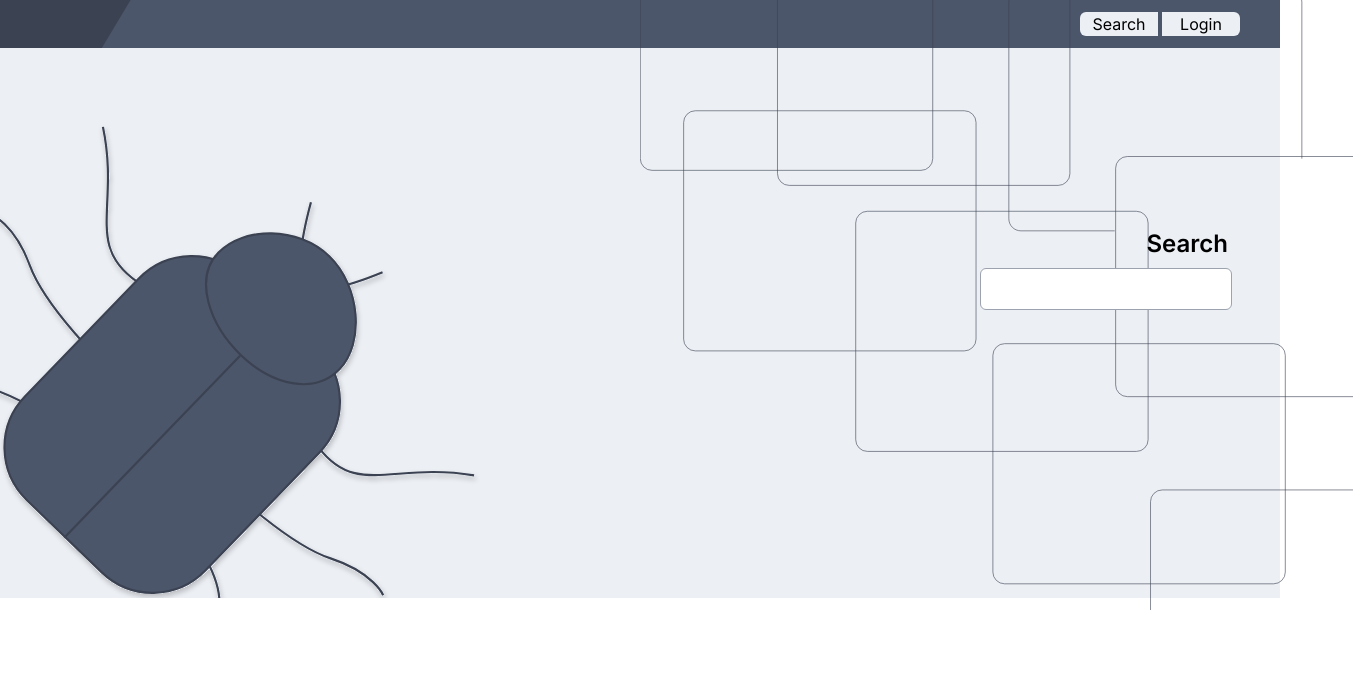
Repository: Qu4ntumGuy/project-bug
Page: /
These files come from the project's save history. The page is drawn as it stood at one moment and after the next save; the edit follows.
The browser window is 1280 px wide. The page is 1353 px wide, so the pictures cover 1353 px, including what lies to the right of the window. The pictures show the whole page.
The project was rebuilt for these pictures with package versions that can differ from the ones it lists, and the page was loaded fresh each time. The framework's server and built-in components were replaced by stand-ins that run in the browser. Also part of the build but not shown: next.config.mjs.

Above is the page before, as saved 2024-02-12 00:06:40.

### src/app/layout.js
import { Inter } from "next/font/google";
import "./globals.css";

const inter = Inter({ subsets: ["latin"] });

export default function RootLayout({ children }) {
  return (
    <html lang="en">
      <head>
        <title>Project-bug</title>
        <meta name="description" content="Description goes here." />
        <link rel="preconnect" href="https://fonts.googleapis.com" />
        <link rel="preconnect" href="https://fonts.gstatic.com" crossorigin />
        <link
          href="https://fonts.googleapis.com/css2?family=Fira+Code:wght@300;400;500;600&display=swap"
          rel="stylesheet"
        />
      </head>
      <body className={inter.className}>{children}</body>
    </html>
  );
}

### src/app/page.js
import Navbar from "@/components/Navbar";
import Image from "next/image";
import bug from "../../public/Bug.svg";
import bgdesign from "../../public/bgDesign.svg";
import bgmain from "../../public/bg-main.svg";

export default function Home() {
  const bgimg = "/Bug.svg";
  return (
    <div className="bg-[#ECEFF4] overflow-hidden ">
      <Navbar />
      <div className="flex justify-between">
        {/* <Image className="" src={bug} alt="bug" />
        <Image className=" top-1 w-[100%]" src={bgdesign} alt="bgdesign" /> */}
        <div className="w-full">
          <Image className="" height={550} src={bug} alt="bug" />
        </div>
        <div className="w-full">
          <Image
            className="absolute -top-10"
            height={650}
            src={bgdesign}
            alt="bgdesign"
          />
        </div>
        <div className="absolute right-0 top-[30%]">
          <form className="flex flex-col justify-end items-end m-3 mr-10">
            <label className="mr-3 text-2xl font-semibold " htmlFor="search">
              Search
            </label>
            <input
              className="p-2 m-2 border border-gray-400 rounded-md"
              type="text"
            />
          </form>
        </div>
      </div>
    </div>
  );
}

### src/app/globals.css
@tailwind base;
@tailwind components;
@tailwind utilities;

/* :root {
  --foreground-rgb: 0, 0, 0;
  --background-start-rgb: 214, 219, 220;
  --background-end-rgb: 255, 255, 255;
} */

/* @media (prefers-color-scheme: dark) {
  :root {
    --foreground-rgb: 255, 255, 255;
    --background-start-rgb: 0, 0, 0;
    --background-end-rgb: 0, 0, 0;
  }
} */

body {
  color: rgb(var(--foreground-rgb));
  background: rgba(255, 255, 255, 1);
  font-family: 'Fira Code', monospace;
}

@font-face {
  font-family: "Fira Code";
  src: url("../../public/font/FiraCode-VariableFont_wght.ttf")
    format("truetype");
}


/* @layer utilities {
  .text-balance {
    text-wrap: balance;
  }
} */

### src/components/Navbar.js
import Image from "next/image";
import reactangle from "../../public/Rectangle 5.svg";

export default function Navbar() {
  return (
    <nav className="h-[10%] w-full bg-[#4C566A] flex justify-end">
      <div className="absolute flex -left-1 -top-1">
        <Image
          src={reactangle}
          alt="reactangle"
          height={52}
          className=" rounded-md"
        />
      </div>
      <div className="flex m-3 w-40 mr-10 justify-between">
        <div className="flex bg-[#ECEFF4] w-full mr-1 rounded-l-md items-center justify-center align-middle">
          <button>Search</button>
        </div>
        <div className="flex bg-[#ECEFF4] w-full rounded-r-md items-center justify-center align-middle">
          <button>Login</button>
        </div>
      </div>
    </nav>
  );
}

Loaded but not shown: tailwind.config.js (common file)

After the next save:
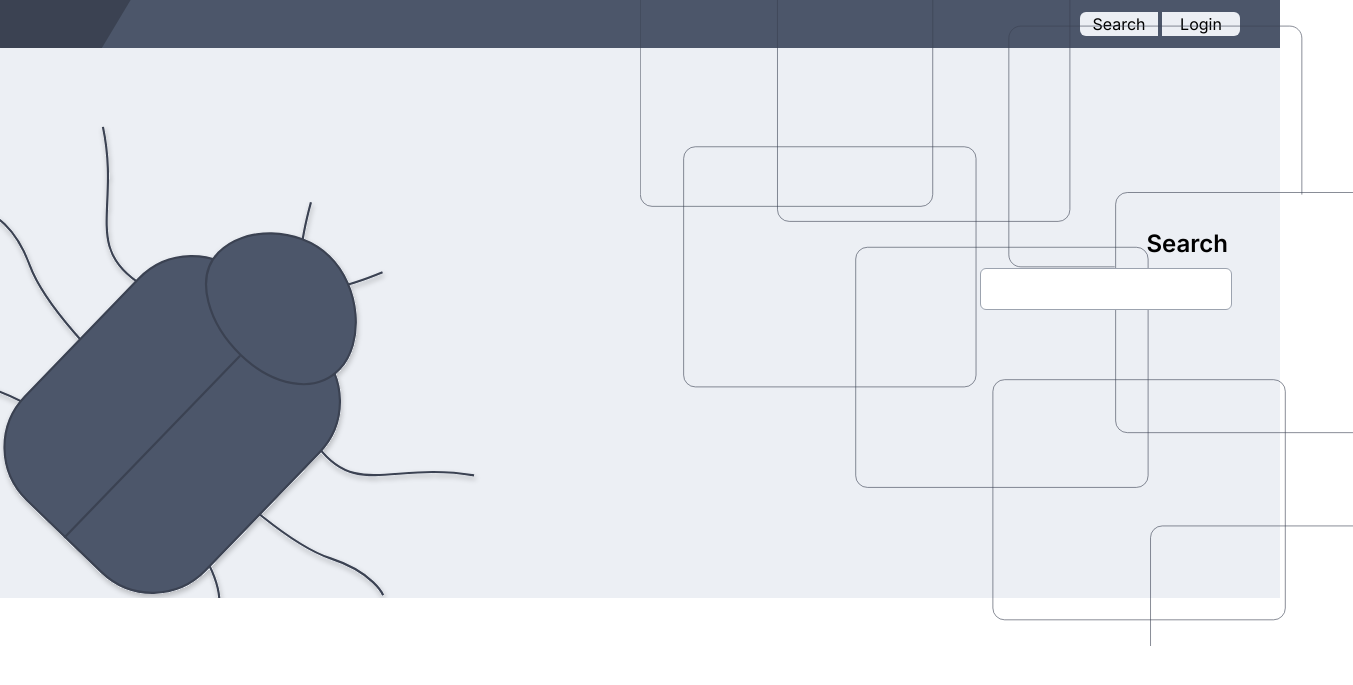
Saved 19 s later.
--- a/src/app/page.js
+++ b/src/app/page.js
@@ -17,7 +17,7 @@ export default function Home() {
         </div>
         <div className="w-full">
           <Image
-            className="absolute -top-10"
+            className="absolute -top-1"
             height={650}
             src={bgdesign}
             alt="bgdesign"
